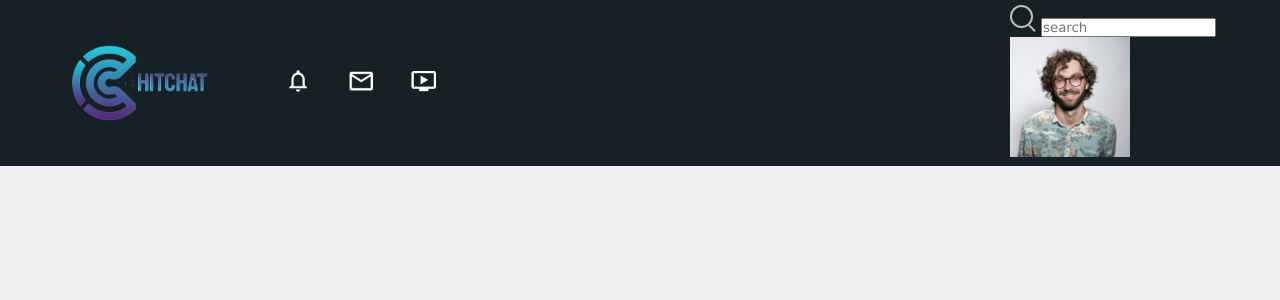
Repository: omarhasnain/ChitChat
Page: index.html
The author's editor kept a copy of each file at every save. The page is drawn from the files as they stood at one save, then again after the next save.
The browser window is 1280 px wide. The pictures show the whole page.

Above is the page before, as saved 2021-07-11 13:54:59.

After the next save:
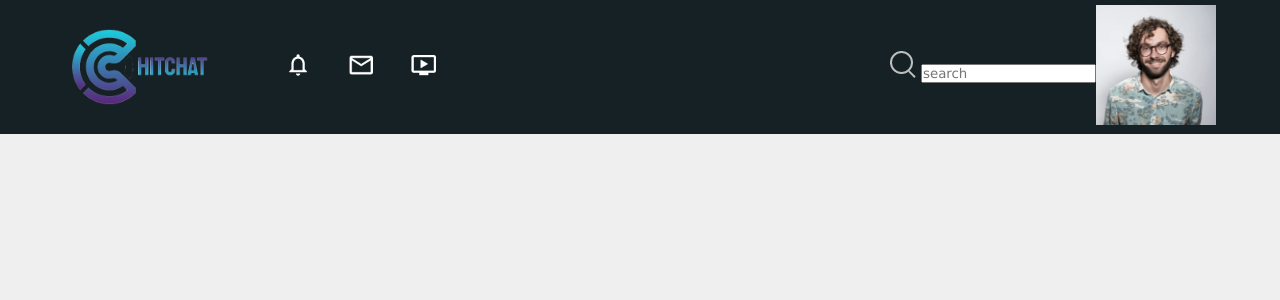
Saved 51 s later.
--- a/style.css
+++ b/style.css
@@ -21,7 +21,8 @@
     margin-right: 45px;
 }
 
-.nav-left {
+.nav-left,
+.nav-right {
     display: flex;
     align-items: center;
 }
